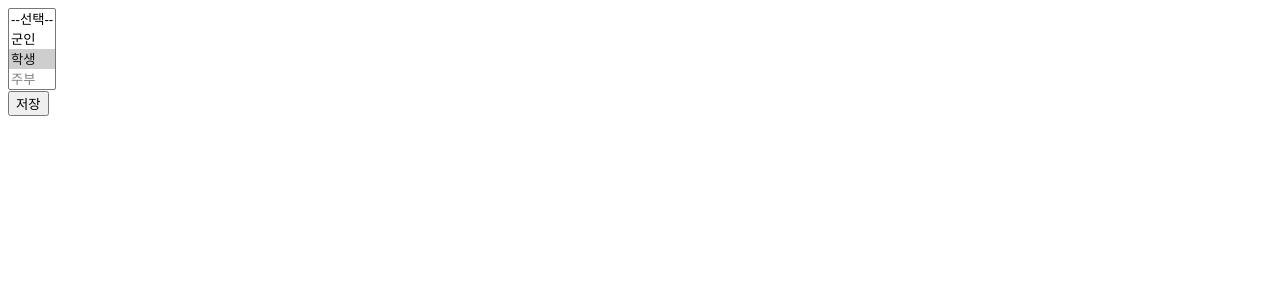
Repository: gunvv00/Java_practice
Page: html_work/html01/WebContent/form02.html
The author's editor kept a copy of each file at every save. The page is drawn from the files as they stood at one save, then again after the next save.
The browser window is 1280 px wide. The pictures show the whole page.

Above is the page before, as saved 2020-01-02 05:54:32.

### html_work/html01/WebContent/form02.html
<!DOCTYPE html>
<html>
<head>
<meta charset="UTF-8">
<title>Insert title here</title>
</head>
<body>
<form action="save.jsp" method="post" >
	<select name = "job" multiple>
		<option value="">--선택--</option>
		<option value="j1">군인</option>
		<option value="j2" selected>학생</option>
		<option value="j3" disabled>주부</option>
	</select>
	<br/>
	<input type = "submit" value = "저장">
</form>

</body>
</html>

After the next save:
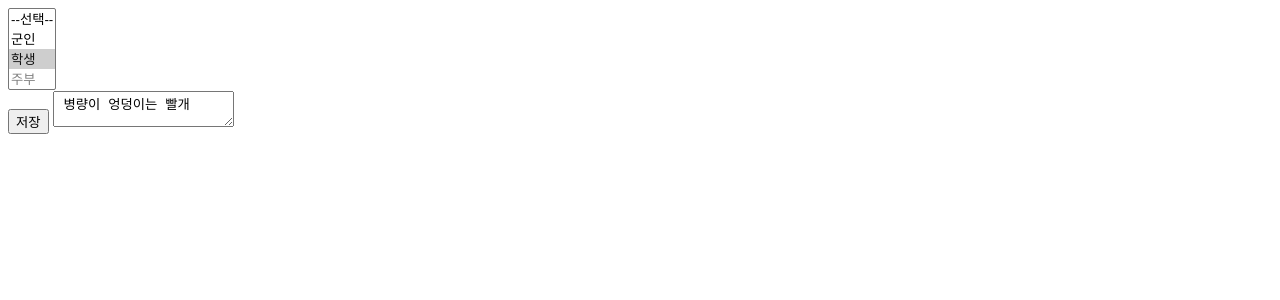
Saved 2 min 3 s later.
--- a/html_work/html01/WebContent/form02.html
+++ b/html_work/html01/WebContent/form02.html
@@ -14,6 +14,7 @@
 	</select>
 	<br/>
 	<input type = "submit" value = "저장">
+	<textarea name = "" rows = "" cols=""> 병량이 엉덩이는 빨개 </textarea>
 </form>
 
 </body>
